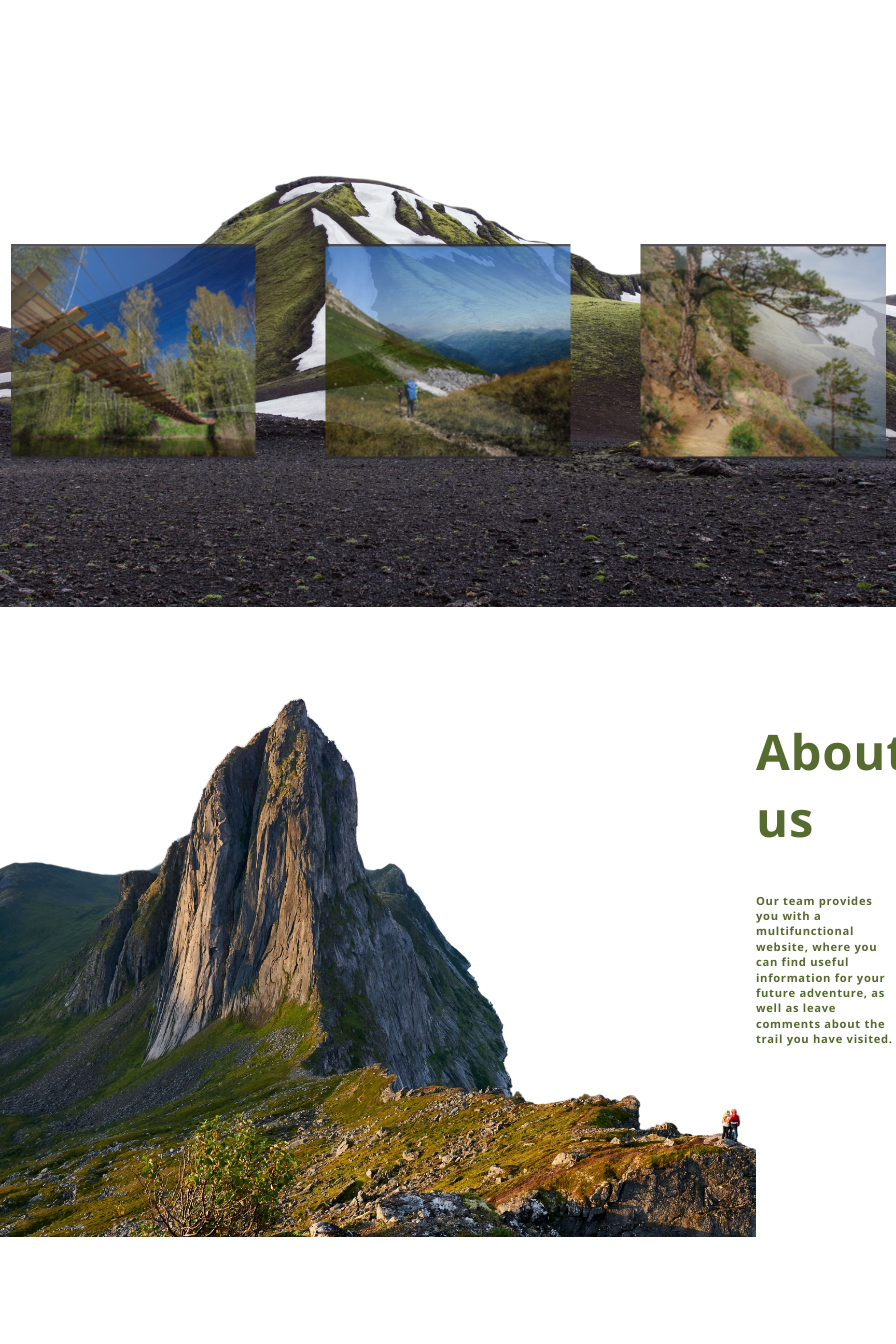
Repository: artembundin/travelrus.github.io
Page: index.html
The author's editor kept a copy of each file at every save. The page is drawn from the files as they stood at one save, then again after the next save.
The browser window is 1280 px wide. The pictures show the part of the page from y = 933 to 2853 px (the page is 3892 px tall before and 4892 px after), at 70% of full size.
A picture or video elsewhere on the page could not be fetched, so the positions and the page height are approximate. An inner scrolling area shows only its first screen. Backgrounds fixed to the window are drawn as part of the page. Some web fonts or font styles are not loaded; a fallback is used.

Above is the page before, as saved 2025-05-08 01:55:13.
Console error: TypeError: Cannot read properties of null (reading 'offsetTop')

### index.html
<!DOCTYPE html>
<html lang="en">
  <head>
    <meta charset="UTF-8" />
    <meta name="viewport" content="width=device-width, initial-scale=1.0" />
    <title>Document</title>
    <link rel="stylesheet" href="style.css" />
  </head>
  <body>
    <header class="header">
      <div class="container-header">
        <img src="icons/TRAIL TRIBE (3).svg" alt="" class="anim header-logo" />
        <ul class="header-list">
          <li><a class="active" href="/">HOME</a></li>
          <li><a href="/">BLOG</a></li>
          <li><a href="#inf">DISCOVER</a></li>
          <li><a href="/">ABOUT AS</a></li>
        </ul>
      </div>
    </header>
    <main class="main">
      <section class="join">
        <div class="join-container">
          <div class="text_section">
            <h2>Featured Items</h2>
            <p>
              These are some of the basic things that will be useful to you on a
              hike. See the full list on our blog.
            </p>
          </div>
          <a href="#" class="btn_list" id="newPageButton">BLOG</a>
        </div>
      </section>
      <section class="inf" id='inf'>
        <div class="inf-container">
          <h2 class="inf-caption animate-slidein">Find our most popular camps</h2>
          <div class="cards">
              <div class="cards-content">
                <a href="map.html#mapstore">
                  <img src="images/bvt.jpeg" alt="" class="img">
                </a>
                <div class="cards-text">
                  <h4 class="cards-title">The Big Valdai Trail</h4>
                  <p class="cards-sub-title">Its uniqueness lies in the change of ecological systems: spruce-fir forest, broad-leaved forest, pine forest.</p>
                </div>
              </div>
            <div class="cards-content">
              <a href="map.html#mapstore2">
                <img src="images/30.jpeg" alt="" class="img">
              </a>
              <div class="cards-text">
                <h4 class="cards-title">Through the Mountains to the Sea</h4>
                <p class="cards-sub-title">One of the oldest, most popular traveled tourist routes in the Soviet Union.</p>
              </div>
            </div>
            <div class="cards-content">
              <a href="map.html#mapstore3">
                <img src="images/btt.jpeg" alt="" class="img">
              </a>
              <div class="cards-text">
                <h4 class="cards-title">The Great Baikal Trail</h4>
                <p class="cards-sub-title">The trail will connect three national parks and three reserves.</p>
              </div>
            </div>
          </div>
        </div>
      </section>
      <section class="aboutus">
        <div class="aboutus-container">
          <div class="aboutus-image animate-slideleft"></div>
          <div class="aboutus-text animate-slideright">
            <h2 class="aboutus-title">About us</h2>
            <p class="aboutus-sub-title">Our team provides you with a multifunctional website, where you can find useful information for your future adventure, as well as leave comments about the trail you have visited.</p>
          </div>
        </div>
      </section>
      <section class="stuff-list">
      <h2 class="stuff-list-caption animate-appeir">That is useful for any hike</h2>
      <div class="item">
        <div class="stuff-list-container animate-appeir">
            <div class="stuff-item">
                    <p class="item1_title">Knife</p>
                    <img src="images/knife.svg" alt="/" id="item1">
            </div>
            <div class="stuff-item">
                    <p class="item2_title">Sleeping-bag</p>
                    <img src="images/sleepingbag.svg" alt="/" id="item2">
            </div>
            <div class="stuff-item">
                    <p class="item3_title">Tent</p>
                    <img src="images/tent.svg" alt="/" id="item3">
            </div>
          </div>
      </div>
    </section>
  </main>
  <script src="animation.js"></script>
  </body>
</html>




<!--<h2 class="stuff-list-caption">That is useful for any hike</h2>-->

### style.css
@font-face {
  font-family: 'OpenSans';
  src: url(fonts/OpenSans-Regular.woff2) format('woff2');
  font-weight: 400;
  font-style: normal;
  font-display: swap;
}
@font-face {
  font-family: 'OpenSans';
  src: url(fonts/OpenSans-Bold.woff2) format('woff2');
  font-weight: 700;
  font-style: normal;
  font-display: swap;
}


body {
  margin: 0;
  font-family: 'OpenSans';
  background-color: white;
  color: white;
  font-weight: 550;
}

ul {
  list-style: none;
  padding: 0;
  margin: 0;
}

a {
  text-decoration: none;
  color: white;
}

p {
  display: flex;
  /*animation: pfade linear both;
  animation-timeline: view();
  animation-range: entry 50% cover 50%;*/
}


h1, h2, h3, h4, h5, h6 {
  display: flex;
  /*animation: pfade linear both;
  animation-timeline: view();
  animation-range: entry 50% cover 50%;*/
}


/*@keyframes pfade {
  from {
    opacity: 0;
  }
  to {
    opacity: 1;
  }
} */

a {
  text-decoration: none;
}

/*Шапка*/

.header {
  position: relative;
  text-align: center;
  background-image: url(images/hiking3.jpeg);
  background-attachment: fixed;
  background-size: cover;
  background-position: center;
}

.container-header {
  display: flex;
  flex-direction: column;
  align-items: center;
  max-width: 1200px;
  height: 900px;
  margin-left: auto;
  margin-right: auto;
  overflow-x: hidden;
  padding: 0 15px;
}

.header-logo {
  width: 600px;
  height: 600px;
}



.header-img {
  position: absolute;
  width: 100%;
  height: auto;

  background-image: url(images/hiking3.jpeg);
  /*background-attachment: fixed;
    background-size: cover;
    background-position: center;*/
  z-index: -1;
}

.header-list {
  display: flex;
  gap: 40px;
  margin-top: -100px;
  text-decoration: underline;
  text-underline-offset: 10px;
  opacity: 0.6;
  font-weight: 600;
  font-size: 25px;
  letter-spacing: 3px;
}


/*СЕКЦИЯ 1*/

.main {
  display: inline;
}


.join {
  background-image: url('images/cloudmount.png');
  background-size: contain;
  background-repeat: no-repeat;
  animation: pfade linear both;
  animation-timeline: view();
  animation-range: entry 50% cover 50%;
}

@keyframes pfade {
  from {
    opacity: 0;
  }
  to {
    opacity: 1;
  }
}

.join-container {
  display: flex;
  max-width: 1500px;
  height: 00px;
  margin-left: auto;
  margin-right: auto;
  overflow-x: hidden;
  padding: 0 15px;
}


.text_section {
  width: 330px;
  height: 500px;
  padding: 100px;
  color: darkolivegreen;
}

.text_section p {
  letter-spacing: 1px;
}

.text_section h2 {
  font-size: 70px;
  font-weight: 700;
}

/*Кнопка*/

.btn_list {
  position: relative;
  text-align: center;
  padding: 5px 10px;
  width: 200px;
  height: 30px;
  top: 550px ;
  right: 430px;
  font-size: 20px;
  color: darkolivegreen;

  background-color: white;
  border-radius: 17px;
  box-shadow: 5px 5px 5px 3px #8a8a8a;
  cursor: pointer;
  transition: .3s;
}

.btn_list:active {
  transform: translateY(4px);
  box-shadow: 0 5px 0 darkgreen;
}


/*Конец кнопки*/



/*СЕКЦИЯ 2*/

.inf {
  background-image: url(images/holm.png);
  background-attachment: fixed;
  background-size: 1500px 900px;
  background-repeat: no-repeat;
  color: #AFD2F2;

}


.inf-caption {
  display: flex;
  justify-content: center;
  font-size: 60px;
  font-weight: 700;
  margin-top: 100px;
  margin-bottom: 200px;

  color: white;
}

@keyframes slidein {
  from {
    transform: translateX(-100%);
    opacity: 0;
  }
  to {
    transform: translateX(0);
    opacity: 1;
  }
}

.inf-caption.animate-slidein {
  animation: slidein;
  animation-duration: 2s;
  animation-timing-function: linear forwards;
  animation-iteration-count: 1;
}

.inf-container {
  max-width: 1500px;
  height: 900px;
  margin-left: auto;
  margin-right: auto;
  overflow-x: hidden;
  padding: 0 15px;
}

@keyframes fadein {
  from {
    opacity: 0;
  }
  to {
    opacity: 1;
  }
}

.cards {
  display: flex;
  justify-content: center;
  gap: 100px;
  animation: pfade linear both;
  animation-timeline: view();
  animation-range: entry 50% cover 50%;
}

.cards-content {
  display: flex;
  position: relative;
  justify-content: center;
  align-items: center;
  overflow: hidden;




  /*width: 400px;
  border-radius: 20px;
  margin-top: 200px;
  text-align: center;*/
}


.img {
  width: 400px;
  height: 300px;
  border: 3px solid #2E2C33;




  /*max-width: 100%;
  height: 350px;
  object-fit: cover;
  border-radius: 15px;*/
}

.cards-text {
  width: 200px;
  height: 200px;
  background-color: white;
  padding: 1.5rem 2rem;
  box-shadow: 0 8px 24px hsla(0, 0%, 0%, .15);
  border-radius: 1rem;
  position: absolute;
  bottom: -9rem;
  opacity: 0;
  transition: opacity 1s 1s;
}

.cards-title {
  font-size: 28px;
  font-weight: 700;
  margin-bottom: .75rem;
}



.cards-sub-title {
  font-size: 13px;
  font-weight: 400;

}

.cards-content:hover .cards-text{
  animation: show-text 1s forwards;
  opacity: 1;
  transition: opacity .3s;
}

.cards-content {
  animation-name: remove-overflow;
  animation: remove-overflow 2s forwards;

}

.cards-content:not(:hover) {
  animation: show-overflow 2s forwards;
}

.cards-content:not(:hover) .cards-text {
  animation: remove-text 1s forwards;
}

@keyframes show-text {
  50% {
    transform: translateY(-10rem);
  }
  100% {
    transform: translateY(-7rem);
  }
}

@keyframes remove-overflow {
  to {
    overflow: initial;
  }
}

@keyframes remove-text {
  0% {
    transform: translateY(-7rem);
  }
  50% {
    transform: translateY(-10rem);
  }
  100% {
    transform: translateY(.5rem);
  }
}

@keyframes show-overflow {
  0% {
    overflow: initial;
    pointer-events: none;
  }
  50% {
    overflow: hidden;
  }
}


/*СЕКЦИЯ 3 */



.aboutus {
  color: darkolivegreen;
}


.aboutus-container {
  display: flex;
  max-width: 1500px;
  height: 800px;
  margin-right: auto;
  overflow-x: hidden;
  margin-top: 100px;
  margin-bottom: 150px;
}


.aboutus-image {
  background-image: url(images/goraaa.png);
  background-size: cover;
  background-repeat: no-repeat;
  width: 1200px;
  height: 800px;
}

/*@keyframes slideleft {
  from{
    transform: translateX(-100%);
    opacity: 0;
  }
  to {
    transform: translate(0);
    opacity: 1;
  }
}

.aboutus-image.animate-slideleft {
  animation: slideleft;
  animation-duration: 5s;
  animation-timing-function: linear forwards;
  animation-iteration-count: 1;
}*/

.aboutus-text {
  width: 200px;
  height: 300px;
  text-align: left;
  letter-spacing: 1px;
}

/*.aboutus-text.animate-slideright {
  animation: none;
  animation: slideright;
  animation-duration: 4s;
  animation-timing-function: linear forwards;
  animation-iteration-count: 1;
}

@keyframes slideright {
  from {
    transform: translateX(100%);
  }
  to {
    transform: translateX(0);
  }
}*/

.aboutus-title {
  font-size: 70px;
  justify-content: left;
}



/*СЕКЦИЯ 3*/


/*.cards {
  display: flex;
  justify-content: center;
  gap: 170px;
} карточки секция */

@keyframes appeir {
  from {
    opacity: 0;
  }
  to {
    opacity: 1;
  }
}

.stuff-list-caption {
  display: flex;
  justify-content: center;
  font-size: 65px;
  font-weight: 700;
  color: darkolivegreen;

}

.stuff-list-caption.animate-appeir {
  animation: appeir;
  animation-duration: 6s;
  animation-timing-function: linear forwards;
  animation-iteration-count: 1;
}

.stuff-list-container.animate-appeir {
  display: grid;
  grid-template-columns: 0.25fr 0.25fr;
  grid-template-rows: 600px 600px;
  gap: 20px;
  max-width: 1200px;
  height: 800px;
  margin-left: auto;
  margin-right: auto;
  overflow-x: hidden;
  margin-top: 100px;


    /*animation: appeir2 ;
    animation-duration: 1s;
    animation-timing-function: ease-in forwards;
    animation-delay: 1s;
    animation-iteration-count: 1;*/

}

/*@keyframes appeir2 {
  from {
    opacity: 0;
  }
  to {
    opacity: 1;
  }
}*/

.stuff-list {
  color: white;
}


.item {
  background-image: url(/images/sumka.png);
  background-size: 1300px 800px;
  background-repeat: no-repeat;
  background-position: center;
}


#item1 {
  background-color: lemonchiffon;
  position: relative;
  left: 490px;
  top: 160px;
}



#item2 {
  background-color: lightpink;
  position: relative;
  left: 390px;
  top: 130px;
}



#item3 {
  background-color: lightsteelblue;
  position: relative;
  left: 530px;
  bottom: 230px;
}

.item1_title {
  position: relative;
  left: 490px;
  top: 160px;
  font-size: 17px;
}

.item2_title {
  position: relative;
  left: 390px;
  top: 130px;
  font-size: 17px;
}

.item3_title {
  position: relative;
  left: 530px;
  bottom: 230px;
  font-size: 17px;
}

/* В конец файла добавим медиа-запросы */

/* Для планшетов */
@media screen and (max-width: 1024px) {
  .container-header {
    height: 700px;
  }

  .header-logo {
    width: 400px;
    height: 400px;
  }

  .header-list {
    font-size: 20px;
    gap: 20px;
  }

  .join-container {
    width: 100%;
    padding: 0 20px;
  }

  .text_section {
    padding: 50px;
  }

  .text_section h2 {
    font-size: 50px;
  }

  .cards {
    flex-wrap: wrap;
    gap: 50px;
  }

  .img {
    width: 300px;
    height: 225px;
  }

  .aboutus-container {
    flex-direction: column;
    height: auto;
  }

  .aboutus-image {
    width: 100%;
    height: 500px;
  }

  .aboutus-text {
    width: 100%;
    margin: 20px;
  }
}

/* Для мобильных устройств */
@media screen and (max-width: 768px) {
  .container-header {
    height: 500px;
  }

  .header-logo {
    width: 300px;
    height: 300px;
  }

  .header-list {
    font-size: 16px;
    gap: 15px;
    flex-direction: column;
  }

  .text_section h2 {
    font-size: 40px;
  }

  .btn_list {
    right: 200px;
  }

  .inf-caption {
    font-size: 40px;
    margin: 50px 0;
  }

  .cards-content {
    width: 100%;
  }

  .img {
    width: 100%;
    max-width: 300px;
  }

  .stuff-list-container {
    grid-template-columns: 1fr;
    grid-template-rows: auto;
  }

  #item1, #item2, #item3,
  .item1_title, .item2_title, .item3_title {
    left: 50%;
    transform: translateX(-50%);
    position: relative;
    top: 0;
    bottom: 0;
  }

  .stuff-list-caption {
    font-size: 40px;
    text-align: center;
  }
}

/* Для маленьких экранов */
@media screen and (max-width: 480px) {
  .header-logo {
    width: 200px;
    height: 200px;
  }

  .text_section {
    width: 100%;
    padding: 20px;
  }

  .text_section h2 {
    font-size: 30px;
  }

  .btn_list {
    width: 150px;
    right: 100px;
  }
}

.join,
.inf,
.aboutus,
.stuff-list {
  width: 100%;
  overflow-x: hidden;
}

### animation.js
window.addEventListener('scroll', function() {
    var infCaption = document.querySelector('.inf-caption');
    var infOffsetTop = infCaption.offsetTop;
    var windowHeight = window.innerHeight;
    var scrollTop = window.scrollY;

    if (scrollTop > infOffsetTop - windowHeight) {
    infCaption.classList.add('animate-slidein');
    }
    else {
    infCaption.classList.remove('animate-slidein');
    }
});

window.addEventListener('scroll', function() {
    var aboutusSection = document.querySelector('.aboutus');
    var aboutusOffsetTop = aboutusSection.offsetTop;
    var windowHeight = window.innerHeight;
    var scrollTop = window.scrollY;

    if (scrollTop > aboutusOffsetTop - windowHeight) {
    document.querySelector('.aboutus-image').classList.add('animate-slideleft');
    document.querySelector('.aboutus-text').classList.add('animate-slideright');
    }
    else {
    document.querySelector('.aboutus-image').classList.remove('animate-slideleft');
    document.querySelector('.aboutus-text').classList.remove('animate-slideright');
    }
});


window.addEventListener('scroll', function() {
    var stuffSection = document.querySelector('.stuff-list');
    var stuffOffsetTop = stuffSection.offsetTop;
    var windowHeight = window.innerHeight;
    var scrollTop = window.scrollY;

    if (scrollTop > stuffOffsetTop - windowHeight) {
    document.querySelector('.stuff-list-caption').classList.add('animate-appeir');
    }
    else {
    document.querySelector('.stuff-list-caption').classList.remove('animate-appeir');
    }
});

document.addEventListener('scroll', function() {
    var stuffSection = document.querySelector('.stuff-list-container');
    var windowHeight = window.innerHeight;
    var stuffOffsetTop = stuffSection.offsetTop;
    var scrollTop = window.scrollY;

    if (scrollTop > stuffOffsetTop - windowHeight) {
        stuffSection.classList.add('animate-appeir');
    } else {
        stuffSection.classList.remove('animate-appeir');
    }
});

document.addEventListener('scroll', function() {
    var footer = document.querySelector('.footer');
    var windowHeight = window.innerHeight;
    var footerOffsetTop = footer.offsetTop;
    var scrollTop = window.scrollY;

    if (scrollTop > footerOffsetTop - windowHeight) {
        footer.classList.add('animate-appeir-footer');
    } else {
        footer.classList.remove('animate-appeir-footer');
    }
});

document.addEventListener('scroll', function() {
    var socialContainer = document.querySelector('.social-container');
    var windowHeight = window.innerHeight;
    var socialContainerOffsetTop = socialContainer.offsetTop;
    var scrollTop = window.scrollY;

    if (scrollTop > socialContainerOffsetTop - windowHeight) {
        socialContainer.classList.add('animate-appeir3');
    } else {
        socialContainer.classList.remove('animate-appeir3');
    }
});

const newPageButton = document.getElementById('newPageButton');

newPageButton.addEventListener('click', function() {
    window.open('blog.html');
});

After the next save:
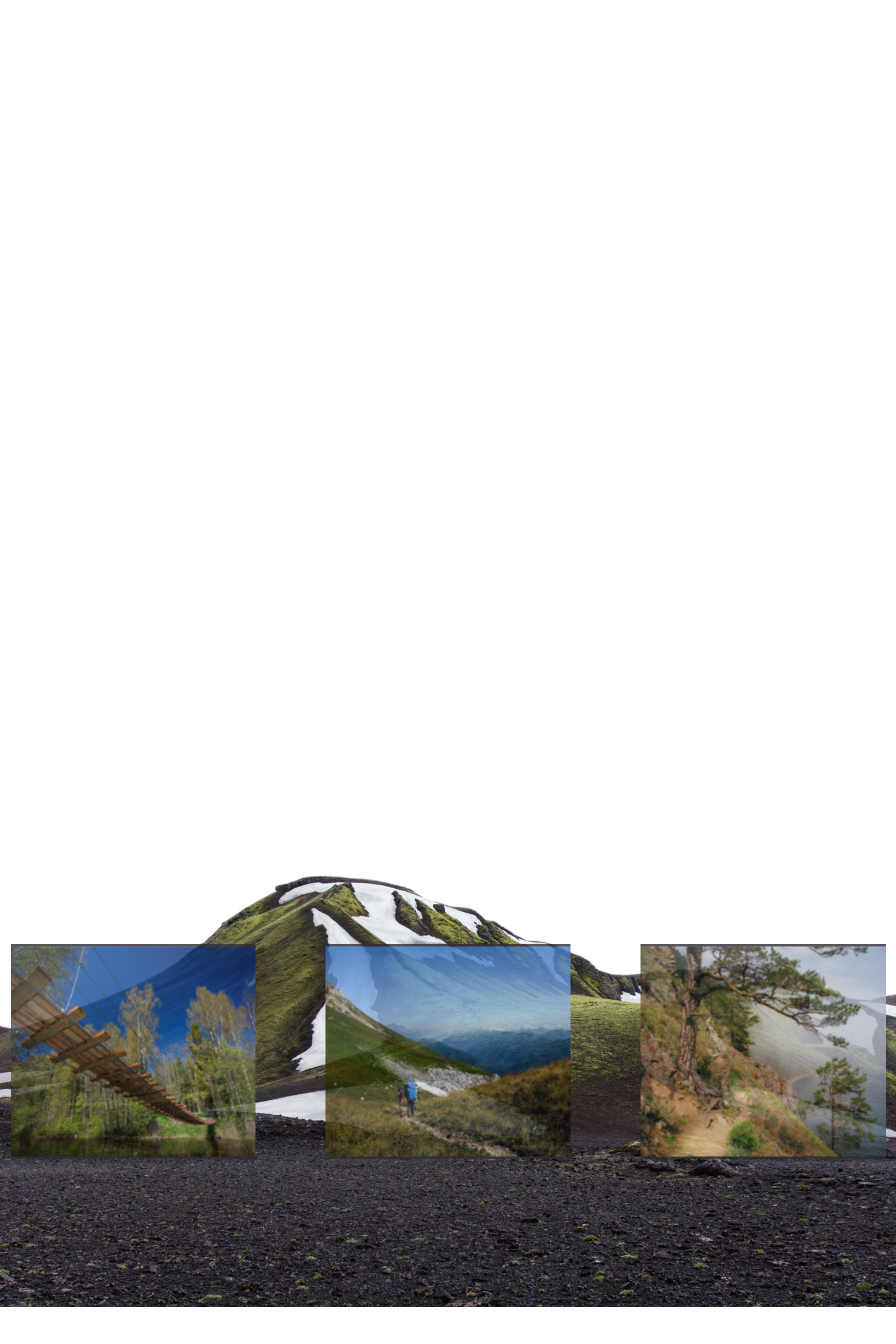
Saved 6 s later.
--- a/style.css
+++ b/style.css
@@ -145,7 +145,7 @@ a {
 .join-container {
   display: flex;
   max-width: 1500px;
-  height: 00px;
+  height: 1000px;
   margin-left: auto;
   margin-right: auto;
   overflow-x: hidden;
